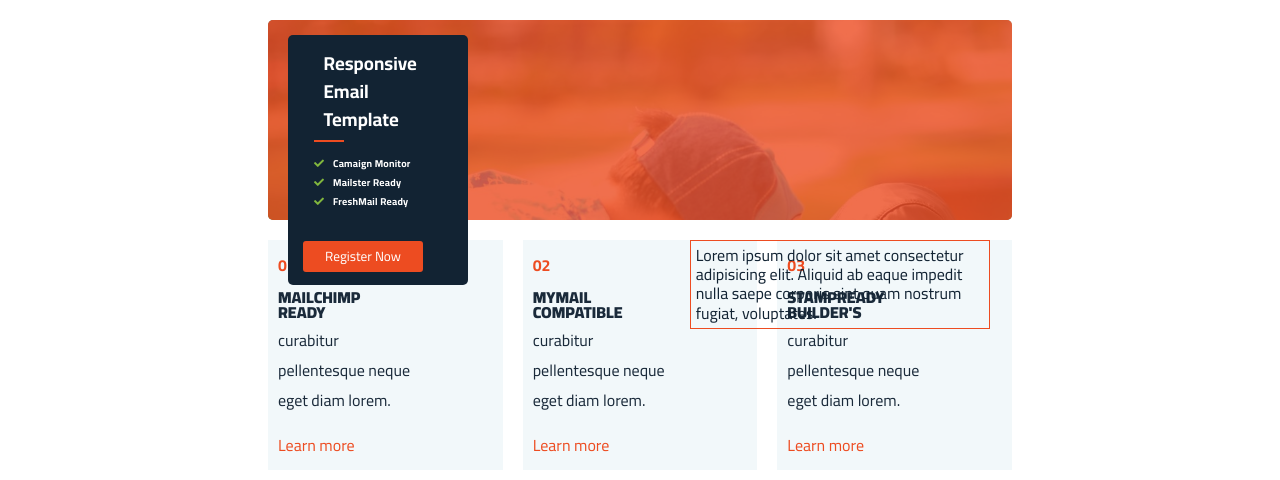
Repository: Z-ayat/Challenges
Page: Challenge 3/index.html
The author's editor kept a copy of each file at every save. The page is drawn from the files as they stood at one save, then again after the next save.
The browser window is 1280 px wide. The pictures show the part of the page from y = 0 to 480 px (the page is 720 px tall before and 918 px after).
Pictures or frames that could not be fetched are drawn as grey boxes.

Above is the page before, as saved 2021-09-04 02:28:15.

After the next save:
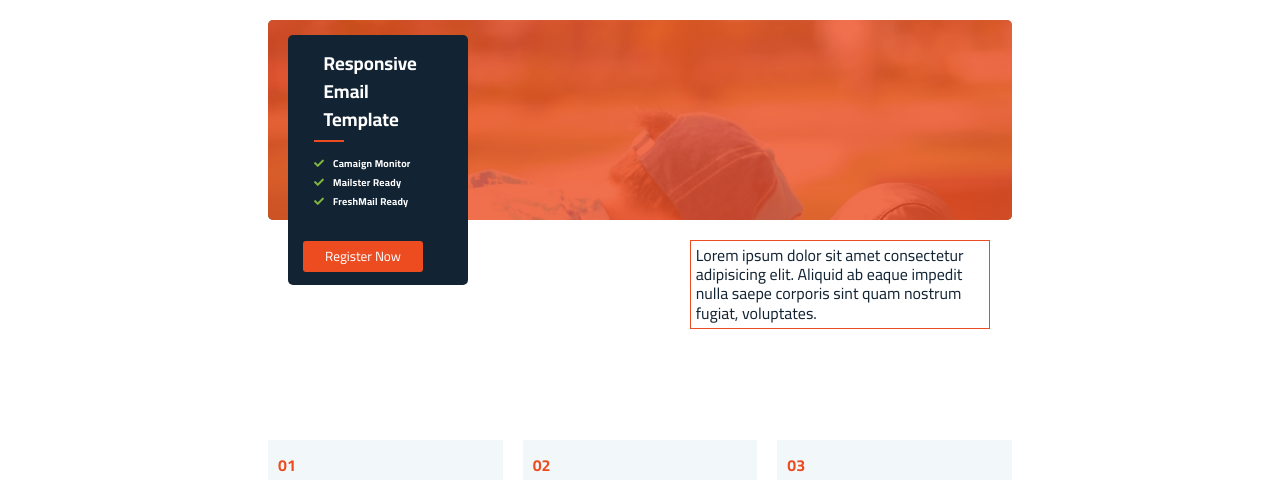
Saved 7 s later.
--- a/Challenge 3/styling/css/master.css
+++ b/Challenge 3/styling/css/master.css
@@ -24,7 +24,7 @@ h3 {
     padding: 20px;
     display: grid;
     gap: 10px;
-    grid-template-rows: 200px repeat(4, 1fr);
+    grid-template-rows: 200px 200px repeat(4, 1fr);
     grid-template-columns: 1fr 60% 1fr;
     height: 100vh;
 }
